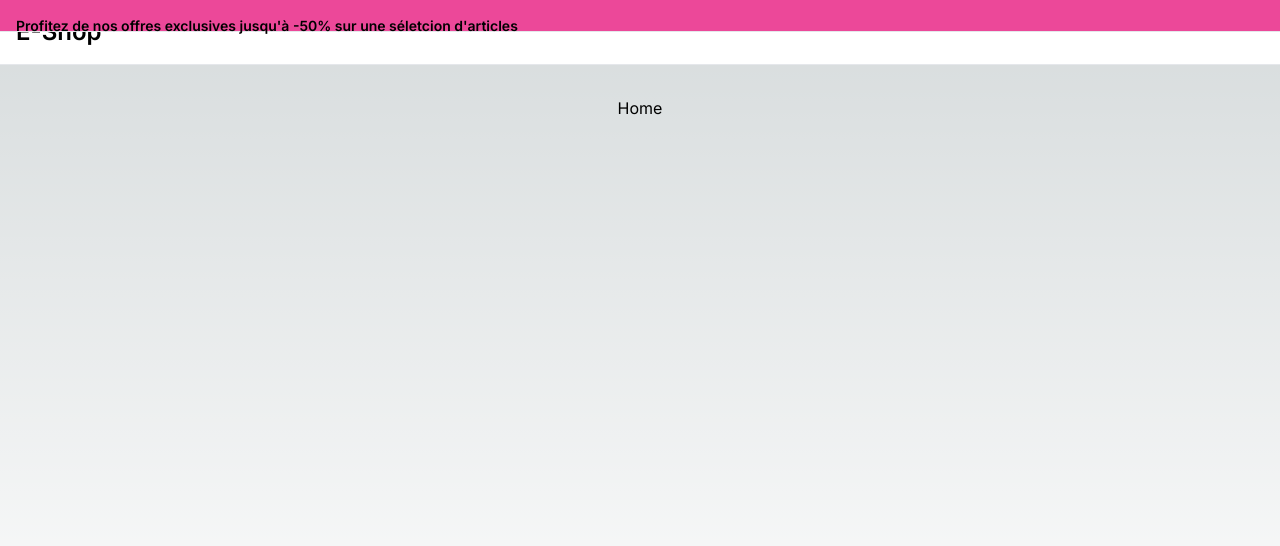
Repository: SDlevelUp/e-shop
Page: /
The author's editor kept a copy of each file at every save. The page is drawn from the files as they stood at one save, then again after a run of saves.
The browser window is 1280 px wide. The pictures show the whole page.
The project was rebuilt for these pictures with package versions that can differ from the ones it lists, and the page was loaded fresh each time. The framework's server and built-in components were replaced by stand-ins that run in the browser. Also part of the build but not shown: next.config.js.

Above is the page before, as saved 2023-08-29 08:59:47.

### src/app/layout.js
import './globals.css'
import { Inter } from 'next/font/google';
import Navbar from '@/components/Navbar/Navbar';
import GlobalState from '@/context';
import Banner from '@/components/Banner/Banner';
const inter = Inter({ subsets: ['latin'] })

export const metadata = {
  title: 'E-Shop, votre boutique en ligne',
  description: 'Generated by create next app',
};

export default function RootLayout({ children }) {
  return (
    <html lang="en">
      <head>
        <meta charSet="UTF-8" />
        <meta name="viewport" content="width=device-width, initial-scale=1.0" />
        <title>{metadata.title}</title>
        <meta name="description" content={metadata.description} />
      </head>
      <body className={inter.className}>
        <GlobalState>
          <Banner />
          <Navbar />
          <main>{children}</main>
        </GlobalState>
      </body>
    </html>
  )
}

### src/app/page.js
import React from 'react';

function Home() {
  return (
    <main className="flex min-h-screen flex-col items-center justify-between p-24">
      <div>
        <h1>Home</h1>
      </div>
    </main>
  );
}

export default Home;

### src/components/Navbar/Navbar.jsx
"use client";

export default function Navbar() {
    return (
        <>
            <nav className="bg-white fixed w-full top-0 left-0 border-b border-gray-200">
                <div className="max-w-screen-xl flex flex-wrap items-center justify-between mx-auto p-4">
                    <div className="flex items-center cursor-pointer">
                        <span className="self-center text-2xl font-semibold whitespace-nowrap">
                            E-Shop
                        </span>
                    </div>
                    <div className="flex md:order-2"></div>
                </div>
            </nav >
        </>
    );
}

### src/context/index.js
"use client";

import { createContext } from 'react';

export const GlobalContext = createContext(null);

export default function GlobalState({ children }) {
    return (
        <GlobalContext.Provider value={{}}>{children}</GlobalContext.Provider>
    )
}

### src/components/Banner/Banner.jsx
"use client";

export default function Banner() {
    return (
        <>
            <nav className="bg-pink-500 z-20 fixed w-full top-0 left-0 border-b border-gray-200 h-8">
                <div className="max-w-screen-xl flex flex-wrap items-center justify-between mx-auto p-4">
                    <span className="self-center text-sm font-semibold whitespace-nowrap">

                        Profitez de nos offres exclusives jusqu'à -50% sur une séletcion d'articles


                    </span>

                </div>
            </nav >
        </>
    );
}

Loaded but not shown: src/app/globals.css (common file); tailwind.config.js (common file)

After the next 5 saves:
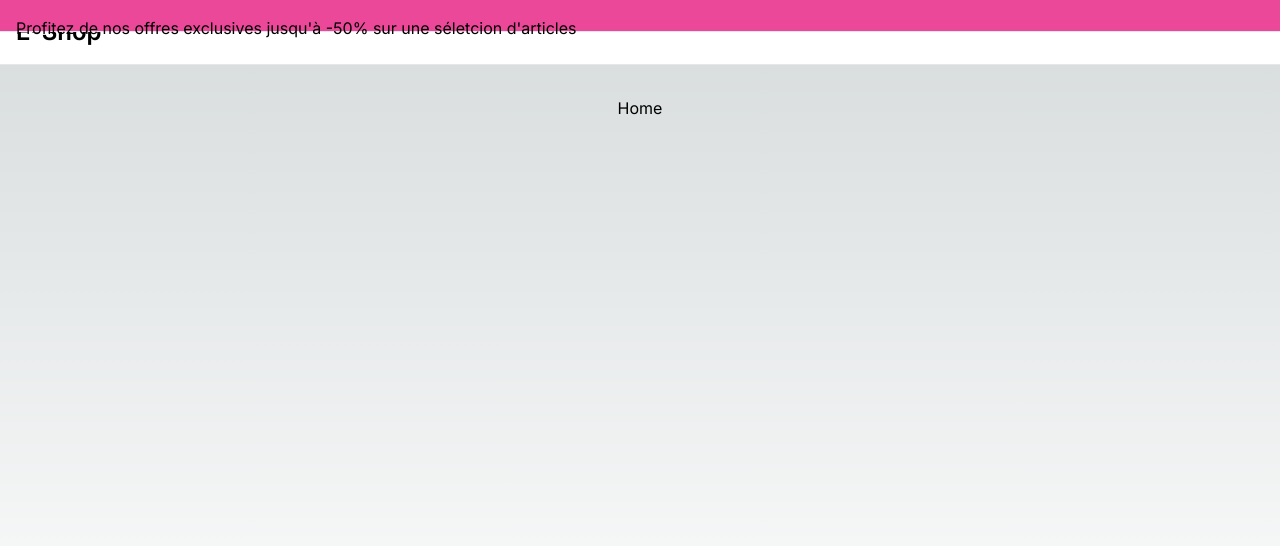
The 5 saves are shown as one change because they came seconds apart.
The last was saved 17 s later.
--- a/src/components/Banner/Banner.jsx
+++ b/src/components/Banner/Banner.jsx
@@ -5,7 +5,7 @@ export default function Banner() {
         <>
             <nav className="bg-pink-500 z-20 fixed w-full top-0 left-0 border-b border-gray-200 h-8">
                 <div className="max-w-screen-xl flex flex-wrap items-center justify-between mx-auto p-4">
-                    <span className="self-center text-sm font-semibold whitespace-nowrap">
+                    <span className="items-center justify-center">
 
                         Profitez de nos offres exclusives jusqu'à -50% sur une séletcion d'articles
 
